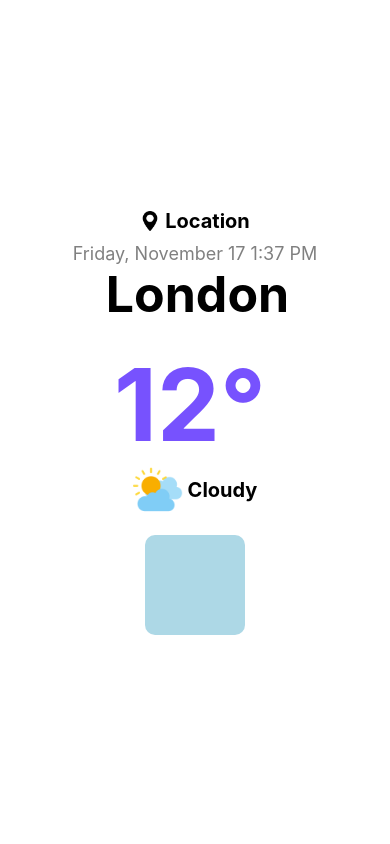
Repository: praveen080/react-native-weatherAppV1
Screen: /
These files come from the project's save history. The screen is drawn as it stood at one moment and after a run of saves; the edit follows.
The app was drawn by React Native's web renderer in a window 390 px wide. The project was rebuilt for these pictures with package versions that can differ from the ones it lists, and the page was loaded fresh each time. Also part of the build but not shown: Screens/startUp.js.

Above is the screen before, as saved 2023-11-17 13:38:25.

### App.js
import { StatusBar } from "expo-status-bar";
import { StyleSheet, Text, View } from "react-native";
import StartPage from "./Screens/startUp";
import Home from "./Screens/Home";

export default function App() {
  return (
    <View style={styles.container}>
      {/* <StartPage /> */}
      <Home />
    </View>
  );
}

const styles = StyleSheet.create({
  container: {
    flex: 1,
    backgroundColor: "#ff f",
    alignItems: "center",
    justifyContent: "center",
  },
});

### Screens/Home.js
import React from "react";
import { View, Text, Image, TouchableOpacity, StyleSheet } from "react-native";

const Home = () => {
  const currentDate = new Date();

  // Format the date and time
  const formattedDate = currentDate.toLocaleDateString("en-US", {
    weekday: "long",
    day: "numeric",
    month: "long",
  });

  const formattedTime = currentDate.toLocaleTimeString("en-US", {
    hour: "numeric",
    minute: "numeric",
    hour12: true,
  });
  return (
    <View style={styles.container}>
      {/* Location Text with Icon */}
      <TouchableOpacity style={styles.locationContainer}>
        <Image source={require("./assets/location.png")} style={styles.icon} />
        <Text style={styles.locationText}>Location</Text>
      </TouchableOpacity>

      {/* Current Time and Date */}
      <Text style={styles.dateTimeText}>
        {formattedDate} {formattedTime}
      </Text>
      <Text style={styles.location}>London</Text>

      {/* Numbers */}
      <View style={styles.numbersContainer}>
        <Text style={styles.number}>12°</Text>
      </View>

      <View style={styles.locationContainer}>
        <Image
          source={require("./assets/cloudy-day.png")}
          style={styles.iconS}
        />
        <Text style={styles.locationText}>Cloudy</Text>
      </View>

      {/* Logo */}
      {/* <Image source={require("./assets/weather.png")} style={styles.logo} /> */}

      {/* Card */}
      <View style={styles.card} />
    </View>
  );
};

export default Home;

export const styles = StyleSheet.create({
  container: {
    flex: 1,
    alignItems: "center",
    justifyContent: "center",
  },
  locationContainer: {
    flexDirection: "row",
    alignItems: "center",
  },
  locationText: {
    fontSize: 20,
    marginLeft: 5,
    fontWeight: "bold",
  },
  location: {
    fontSize: 50,
    marginLeft: 5,
    fontWeight: "bold",
  },
  icon: {
    width: 20,
    height: 20,
  },
  iconS: {
    width: 50,
    height: 50,
  },
  dateTimeText: {
    fontSize: 18,
    marginTop: 10,
    color: "grey",
  },
  numbersContainer: {
    flexDirection: "row",
    alignItems: "center",
    marginTop: 20,
  },
  number: {
    fontSize: 100,
    marginRight: 10,
    fontWeight: "bold",
    color: "#7752FE",
  },
  logo: {
    width: 100,
    height: 100,
    marginTop: 20,
  },
  card: {
    width: 100,
    height: 100,
    borderRadius: 10,
    backgroundColor: "lightblue",
    marginTop: 20,
  },
});

// // Weather.js

// import React, { useState } from "react";
// import { View, Text, TextInput, Button, StyleSheet } from "react-native";
// import axios from "axios";

// const Home = () => {
//   const [city, setCity] = useState("");
//   const [weatherData, setWeatherData] = useState(null);
//   const [error, setError] = useState("");

//   const apiKey = "2891236865fb81dd11cf0be56216e1cb";

//   const fetchWeatherData = async () => {
//     try {
//       const response = await axios.get(
//         `https://api.openweathermap.org/data/2.5/weather?q=${city}&appid=${apiKey}&units=metric`
//       );
//       setWeatherData(response.data);
//       setError("");
//     } catch (error) {
//       setWeatherData(null);
//       setError("City not found. Please try again.");
//     }
//   };

//   return (
//     <View style={styles.container}>
//       <Text style={styles.title}>Weather App</Text>
//       <TextInput
//         style={styles.input}
//         placeholder="Enter city"
//         value={city}
//         onChangeText={(text) => setCity(text)}
//       />
//       <Button title="Get Weather" onPress={fetchWeatherData} />
//       {weatherData && (
//         <View>
//           <Text>{`City: ${weatherData.name}`}</Text>
//           <Text>{`Temperature: ${weatherData.main.temp}°C`}</Text>
//           {/* Add more weather details as needed */}
//         </View>
//       )}
//       {error !== "" && <Text style={styles.error}>{error}</Text>}
//     </View>
//   );
// };

// const styles = StyleSheet.create({
//   container: {
//     flex: 1,
//     justifyContent: "center",
//     alignItems: "center",
//   },
//   title: {
//     fontSize: 20,
//     fontWeight: "bold",
//     marginBottom: 10,
//   },
//   input: {
//     height: 40,
//     borderColor: "gray",
//     borderWidth: 1,
//     marginBottom: 10,
//     padding: 10,
//     width: 200,
//   },
//   error: {
//     color: "red",
//     marginTop: 10,
//   },
// });

// export default Home;

After the next 2 saves:
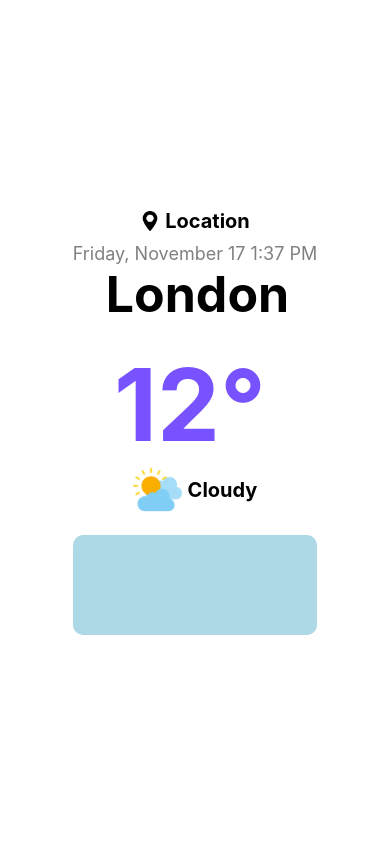
The 2 saves are shown as one change because they came seconds apart.
The last was saved 8 s later.
--- a/Screens/Home.js
+++ b/Screens/Home.js
@@ -104,7 +104,7 @@ export const styles = StyleSheet.create({
     marginTop: 20,
   },
   card: {
-    width: 100,
+    width: "100%",
     height: 100,
     borderRadius: 10,
     backgroundColor: "lightblue",
